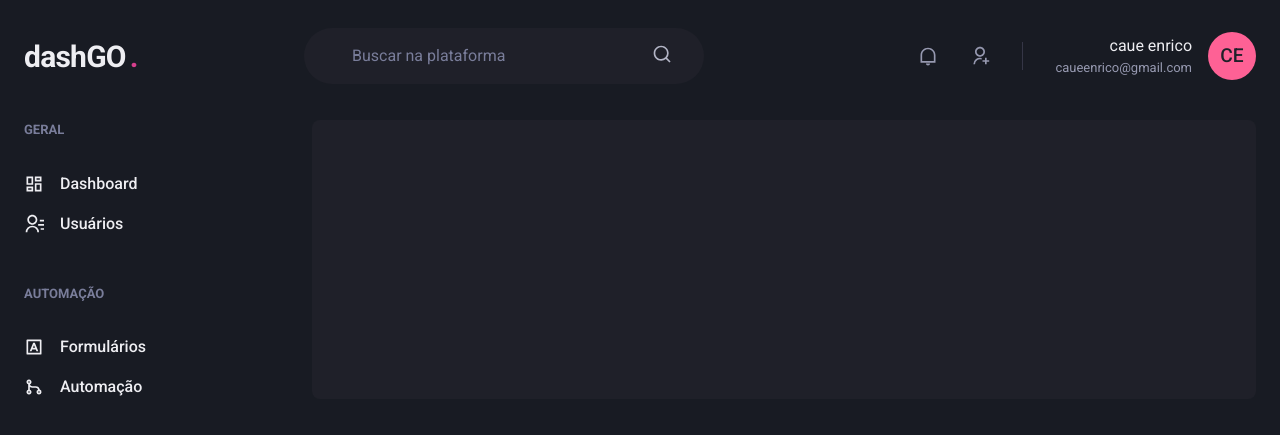
Repository: caueenrico/DashGO
Page: /user/create
These files come from the project's save history. The page is drawn as it stood at one moment and after a run of saves; the edit follows.
The browser window is 1280 px wide. The pictures show the whole page.
The project was rebuilt for these pictures with package versions that can differ from the ones it lists, and the page was loaded fresh each time. The framework's server and built-in components were replaced by stand-ins that run in the browser. Also part of the build but not shown: next.config.js.

Above is the page before, as saved 2023-03-16 16:01:53.

### src/pages/_app.tsx
import { theme } from '@/styles/theme'
import { ChakraProvider } from '@chakra-ui/react'
import type { AppProps } from 'next/app'

export default function App({ Component, pageProps }: AppProps) {
  return (
    <ChakraProvider theme={theme}>
      <Component {...pageProps} />
    </ChakraProvider>

  )
}

### src/pages/_document.tsx
import { Html, Head, Main, NextScript } from 'next/document'

export default function Document() {
  return (
    <Html lang="en">
      <Head>
        <link rel="preconnect" href="https://fonts.googleapis.com"/>
        <link rel="preconnect" href="https://fonts.gstatic.com" />
        <link href="https://fonts.googleapis.com/css2?family=Roboto:wght@400;500;700&display=swap" rel="stylesheet"/>
      </Head>
      <body>
        <Main />
        <NextScript />
      </body>
    </Html>
  )
}

### src/pages/user/create.tsx
import { Header } from "@/components/Header";
import { Pagination } from "@/components/Pagination";
import { SideBar } from "@/components/SideBar";
import { Box, Flex, Heading } from "@chakra-ui/react";

export default function UserList() {
  return (
    <Box>
      <Header/>

      <Flex w="100%" my="6" maxWidth={1480} mx="auto" px="6" >
        <SideBar />

        <Box flex="1" borderRadius={8} bg="gray.800" p="8">
          <Heading></Heading>


        </Box>
      </Flex>
    </Box>
  )
}

### src/components/Header.tsx
import { Flex, Input, Text, Icon, HStack, Box, Avatar } from "@chakra-ui/react";
import {
  RiSearchLine,
  RiNotificationLine,
  RiUserAddLine,
} from "react-icons/ri";

export function Header() {
  return (
    <Flex
      as="header"
      w="100%"
      maxWidth={1480}
      h="20"
      mx="auto"
      mt="4"
      px="6"
      align="center"
    >
      <Text
        fontSize="3xl"
        fontWeight="bold"
        letterSpacing="tight" //para deixar a letra mais apertada
        w="64"
      >
        dashGO
        <Text as="span" ml="1" color="pink.500">
          .
        </Text>
      </Text>

      <Flex
        as="label"
        flex="1"
        py="4"
        px="8"
        ml="6"
        maxWidth={400}
        alignSelf="center"
        color="gray.200"
        position="relative"
        bg="gray.800"
        borderRadius="full"
      >
        <Input
          color="gray.50"
          variant="unstyled"
          px="4"
          mr="4"
          placeholder="Buscar na plataforma"
          _placeholder={{ color: "gray.400" }}
        />

        <Icon as={RiSearchLine} fontSize="20" />
        {/* tive que fazer isso acima, por uma recomendação do chakra, entao no caso Icon vem do chakra e o RiSearchLine vem do react-icons */}
      </Flex>

      <Flex align="center" ml="auto">
        <HStack
          spacing="8"
          mx="8"
          pr="8"
          py="1"
          color="gray.300"
          borderRightWidth={1}
          borderColor="gray.700"
        >
          <Icon as={RiNotificationLine} fontSize="20" />
          <Icon as={RiUserAddLine} fontSize="20" />
        </HStack>
      </Flex>

      <Flex align="center">

        <Box mr="4" textAlign="right">
          <Text>caue enrico</Text>
          <Text color="gray.300" fontSize="small">
            caueenrico@gmail.com
          </Text>
        </Box>
        <Avatar size="md" name="Caue Enrico" />

      </Flex>
    </Flex>
  );
}

### src/components/SideBar.tsx
import { Box, Link, Stack, Text, Icon } from "@chakra-ui/react";
import { RiDashboardLine, RiContactsLine, RiInputMethodLine, RiGitMergeLine } from "react-icons/ri";

export function SideBar() {
  return (
    <Box as="aside" w="64" mr="8">
      <Stack spacing="12" align="flex-start" >
        <Box>
          <Text fontWeight="bold" color="gray.400" fontSize="small">GERAL</Text>
          <Stack spacing="4" mt="8" align="stretch" >
            <Link display="flex" alignItems="center" >
              <Icon as={RiDashboardLine} fontSize="20" />
              <Text ml="4" fontWeight="medium" >Dashboard</Text>
            </Link>
            <Link display="flex" alignItems="center" >
              <Icon as={RiContactsLine} fontSize="20" />
              <Text ml="4" fontWeight="medium" >Usuários</Text>
            </Link>
          </Stack>
        </Box>

        <Box>
          <Text fontWeight="bold" color="gray.400" fontSize="small">AUTOMAÇÃO</Text>
          <Stack spacing="4" mt="8" align="stretch" >
            <Link display="flex" alignItems="center" >
              <Icon as={RiInputMethodLine} fontSize="20" />
              <Text ml="4" fontWeight="medium">Formulários</Text>
            </Link>
            <Link display="flex" alignItems="center" >
              <Icon as={RiGitMergeLine} fontSize="20" />
              <Text ml="4" fontWeight="medium">Automação</Text>
            </Link>
          </Stack>
        </Box>
      </Stack>

    </Box>
  )
}

Loaded but not shown: src/styles/theme.ts (common file)

After the next 3 saves:
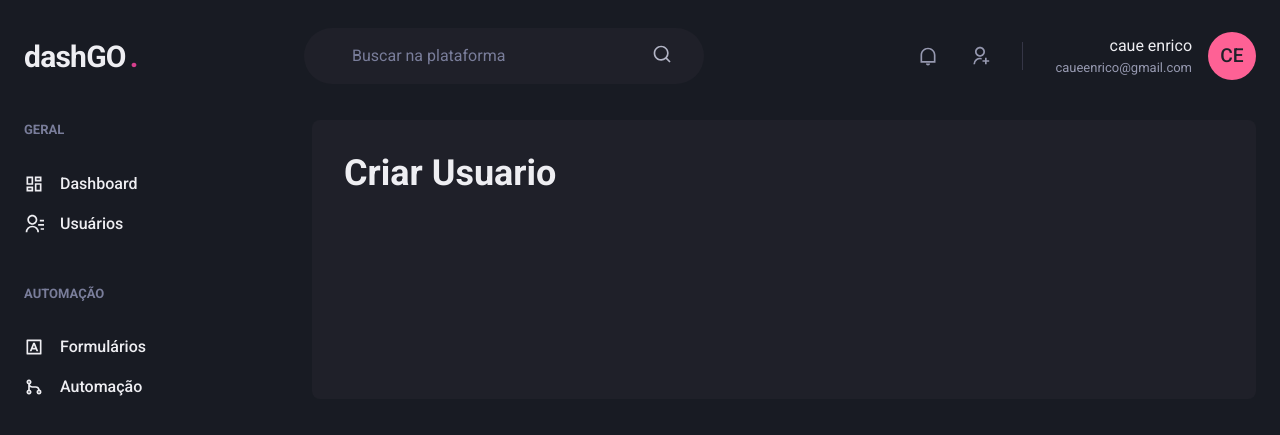
The 3 saves are shown as one change because they came seconds apart.
The last was saved 16 s later.
--- a/src/pages/user/create.tsx
+++ b/src/pages/user/create.tsx
@@ -12,7 +12,7 @@ export default function UserList() {
         <SideBar />
 
         <Box flex="1" borderRadius={8} bg="gray.800" p="8">
-          <Heading></Heading>
+          <Heading >Criar Usuario</Heading>
 
 
         </Box>
